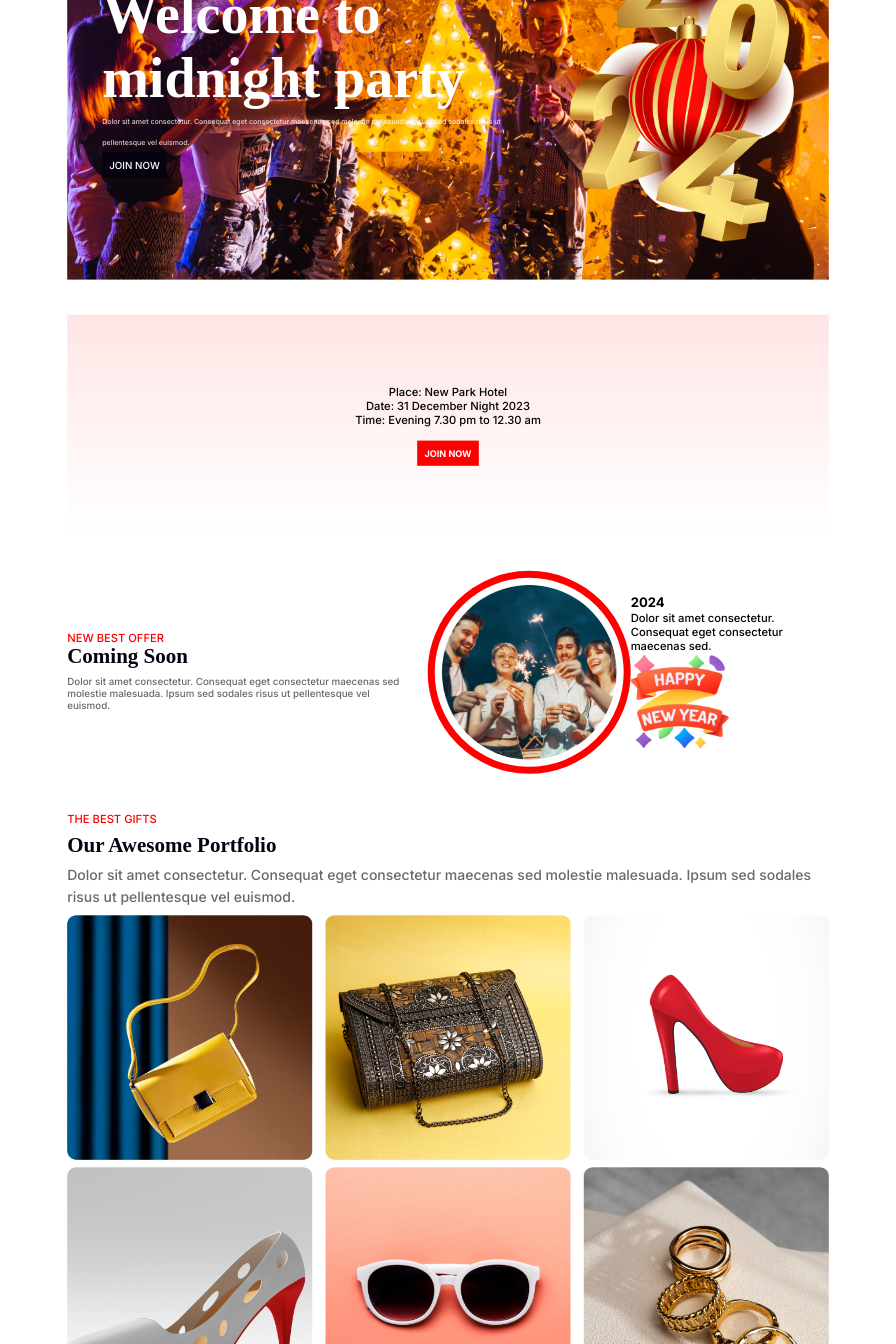
Repository: sumonkumarsarkar/new-year-2024
Page: index.html
The author's editor kept a copy of each file at every save. The page is drawn from the files as they stood at one save, then again after the next save.
The browser window is 1280 px wide. The pictures show the part of the page from y = 1619 to 3539 px (the page is 4804 px tall), at 70% of full size.

Above is the page before, as saved 2024-01-08 16:22:52.

### index.html
<!DOCTYPE html>
<html lang="en">
  <head>
    <meta charset="UTF-8" />
    <meta name="viewport" content="width=device-width, initial-scale=1.0" />
    <title>Happy Nwe Year-2024</title>
    <link rel="preconnect" href="https://fonts.googleapis.com" />
    <link rel="preconnect" href="https://fonts.gstatic.com" crossorigin />
    <link
      href="https://fonts.googleapis.com/css2?family=Inter:wght@100;200;300;500;600;700&display=swap"
      rel="stylesheet"
    />

    <link rel="stylesheet" href="https://cdnjs.cloudflare.com/ajax/libs/font-awesome/6.5.1/css/all.min.css" integrity="sha512-DTOQO9RWCH3ppGqcWaEA1BIZOC6xxalwEsw9c2QQeAIftl+Vegovlnee1c9QX4TctnWMn13TZye+giMm8e2LwA==" crossorigin="anonymous" referrerpolicy="no-referrer" />
    <link rel="stylesheet" href="/style.css" />
  </head>
  <body>
    <!-- banner-section start  -->
    <header>
      <div class="container banner">
        <div class="heading-text">
          <h4>Happy New Year</h4>
          <h3>New Year Party Celebration</h3>
        </div>
      </div>
    </header>
    <!-- banner-section end  -->

    <!-- holiday deal start  -->
    <section id="holiday-deal">
      <div class="container-holiday">
        <div class="holiday-text">
          <h2>65% OFF</h2>
          <p>OUR HOLIDAY DEALS ARE BETTER</p>
          <h4>ALL CATEGORIES</h4>
        </div>
        <div class="holiday-img">
          <img src="./image/New Year Photo.png" alt="" />
        </div>
      </div>
    </section>
    <!-- holiday deal end  -->

    <section id="midnight-section">
      <div class="container midnight-banner">
        <div class="midnight-content">
          <div class="midnight-text">
            <h3>Welcome to midnight party</h3>
            <p>
              Dolor sit amet consectetur. Consequat eget consectetur maecenas
              sed molestie malesuada. Ipsum sed sodales risus ut pellentesque
              vel euismod.
            </p>
            <button type="button">JOIN NOW</button>
          </div>
          <div class="midmight-img">
            <img src="./image/Group 70.png" alt="" />
          </div>
        </div>
      </div>
    </section>

     <!-- park hotel start  -->
<section id="park-hotel">
    <div class="container park-hotel-text">
     <p>Place: New Park Hotel</p>
     <p>Date: 31 December Night 2023</p>
     <p>Time: Evening 7.30 pm to 12.30 am</p>
     <button class="park-hotel-button" type="button">JOIN NOW</button>
    </div>
</section>
 <!-- park hotel end  -->


 <!-- best offer start  -->
 <section id="best-offer">
    <div class="container best-banner">
        <div class="best-offer-text">
            <div class="offer-text">
                <h5>NEW BEST OFFER</h5>
                <h4>Coming Soon</h4>
                <p>Dolor sit amet consectetur. Consequat eget consectetur maecenas sed molestie malesuada. Ipsum sed sodales risus ut pellentesque vel euismod. </p>
            </div>
            <div class="offer-img">
                <img src="./image/Ellipse 1.png" alt="">
            </div>
            <div class="offer-text-img">
                <h3>2024</h3>
                <p>Dolor sit amet consectetur. Consequat eget consectetur maecenas sed.</p>
                <img src="./image/Group 96.png" alt="">
            </div>

        </div>
    </div>
 </section>

 <!-- best offer end  -->



 <!-- portfolio section start  -->

<section id="fortfolio">
    <div class="container">
        <div class="protfolio-text-image">
            <div class="protfolio-text">
                   <h5>THE BEST GIFTS</h5>
                   <h4>Our Awesome Portfolio</h4>
                   <p>Dolor sit amet consectetur. Consequat eget consectetur maecenas sed molestie malesuada. Ipsum sed sodales risus ut pellentesque vel euismod. </p>
            </div>
            <div class="protfolio-image">
                <div class="image-div">
                    <img src="./image/Rectangle 3.png" alt="">
                    <img src="./image/Rectangle 4.png" alt="">
                    <img src="./image/Rectangle 5.png" alt="">
                </div>
                <div class="image-div">
                    <img src="./image/Rectangle 6.png" alt="">
                    <img src="./image/Rectangle 7.png" alt="">
                    <img src="./image/Rectangle 8.png" alt="">
                </div>

            </div>
        </div>
    </div>
</section>
 <!-- portfolio section end -->



 <section id="subscribe">
    <div class="container subscribe-banner">
        <div class="subscribe-content">
           <div class="subscribe-image">
            <img src="./image/Group 61.png" alt="">
           </div>
           <div class="subscribe-text">
            <h3>Subscribe Newsletter</h3>
            <p>Dolor sit amet consectetur. Consequat eget consectetur maecenas sed molestie malesuada. Ipsum sed sodales risus ut pellentesque vel euismod.</p>
           </div>

           <div class="subscribe-input">
            <input  type="email" placeholder="user@gmail.com">
            <button class="subscribe-button" type="submit">subscribe</button>
           </div>
        </div>
    </div>
 </section>

 <footer>
    <div class="footer-cntainer">
        <div class="footer-text">
            <div class="nornal-text">
                <p>44, Big Building Roosevelt Street</p>
                    <p>Beach Gardens Florida 33410</p>
            </div>
            <div class="icon-text">
                <p><span><i class="fa-solid fa-phone"></i></span> +00 123 584 124</p>
                <p><span><i class="fa-solid fa-globe"></i></span>www.website.com</p>
            </div>
        </div>
        <hr>
        <div class="icon-img">
           <img src="./image/Facebook.png" alt="">
           <img src="./image/Instagram.png" alt="">
           <img src="./image/Twitter.png" alt="">
           <img src="./image/Linkedin.png" alt="">
        </div>
       <div class="footer-last-text">
         <p>017, All Rights Reserved</p>
          <p>unsubscribe</p>
       </div>

    </div>
 </footer>


  </body>
</html>

### style.css
* {
    margin: 0;
    padding: 0;
}

body {
    font-family: "Inter", sans-serif;
    width:100%;
    max-width:1320px;
}

/* banner section end  */
.container {
    max-width: 1140px;
    width: 85%;
    margin: 50px auto;
}

.banner {
    background-image: url(./image/Banner\ Image.png);
    background-position: center;
    background-repeat: no-repeat;
    background-size: cover;
}

.heading-text {
    text-align: center;
    justify-content: center;
    padding: 177px 300px;
}

.heading-text h3 {
    color: #fff;
    text-align: center;
    font-family: Merriweather;
    font-size: 50px;
    font-style: normal;
    font-weight: 900;
}

.heading-text h4 {
    color: #fff;
    text-align: center;
    font-family: Merriweather;
    font-size: 25px;
    font-style: normal;
    font-weight: 400;
    line-height: normal;
}

/* banner section end  */

/* holiday -section start  */
.container-holiday {
    width: 85%;
    max-width: 680px;
    margin: 0 auto;
}

.holiday-text {
    text-align: center;
    justify-content: center;
    padding: 50px 50px;
    margin: 50px;
}

.holiday-text h2 {
    color: #f00;
    text-align: center;
    font-family: Inter;
    font-size: 70px;
    font-style: normal;
    font-weight: 700;
    line-height: normal;
}

.holiday-text p {
    color: #f00;

    text-align: center;
    font-family: Inter;
    font-size: 20px;
    font-style: normal;
    font-weight: 500;
    line-height: normal;
}

.holiday-text h4 {
    color: #070211;

    text-align: center;
    font-family: Inter;
    font-size: 35px;
    font-style: normal;
    font-weight: 700;
    line-height: normal;
}

.holiday-img {
    text-align: center;
    justify-content: center;
    width: 680px;
    height: 500px;
}

/* holiday -section start  */

/* midnight party start  */

.midnight-banner {
    background-image: url("./image/Vectorrr.png");
    background-position: center;
    background-repeat: no-repeat;
    background-size: cover;
}

.midnight-content {
    display: flex;
    justify-content: space-between;
    align-items: center;
}

.midnight-text {
    padding: 50px 0px 50px 50px;
    align-items: center;
}

.midnight-text h3 {
    align-items: center;
    color: #fff;
    font-family: Merriweather;
    font-size: 80px;
    font-style: normal;
    font-weight: 900;


}

.midnight-text p {
color: rgba(255, 255, 255, 0.80);
font-family: Inter;
font-size: 10px;
font-style: normal;
font-weight: 400;
line-height: 30px;
}

button {
    color: #FFF;
    text-align:center;
    font-family: Inter;
    font-size: 14px;
    font-style:normal;
    font-weight: 400;
    line-height: normal;
    text-transform:uppercase;
    background: #070211;
    border:none;
    padding: 10px 10px;
}

.midmight-img{
    padding:50px 50px ;
}

/* midnight party end */




/* park hotel start */

.park-hotel-text{
 background: linear-gradient(180deg, rgba(255, 0, 0, 0.10) 0%, rgba(255, 0, 0, 0.00) 100%);
 text-align: center;
 margin:0 auto;
 padding: 100px 0px;
}

.park-hotel-button{
color: #FFF;
text-align: center;
font-family: Inter;
font-size: 13px;
font-style: normal;
font-weight: 700;
line-height: normal;
text-transform: uppercase;
background: #f00;
margin-top: 20px;


}
/* park hotel end */


/* best offer start  */

.best-offer-text{
    display: flex;
    justify-content: space-between;
    align-items: center;
}
.best-banner{
    background: #FFF;
    margin-top: 50px;
}
.offer-text h5{
color: #F00;
font-family: Inter;
font-size: 16px;
font-style: normal;
font-weight: 500;
line-height: normal;
}
.offer-text h4{
    color: #070211;
    font-family: Merriweather;
    font-size:30px;
    font-style: normal;
    font-weight: 900;
    line-height: normal;
    text-transform: capitalize;
}
.offer-text p{
color: rgba(7, 2, 17, 0.60);
font-family: Inter;
font-size: 14px;
font-style: normal;
font-weight: 400;
padding: 10px 20px 10px 0px;

}
.offer-img img{
border-radius:200px;
border: 10px solid #F00;
padding: 10px;
width: 250px;

}



/* best offer end */



/* portfolio section start  */

.protfolio-text h5{
    color: #F00;
font-family: Inter;
font-size: 16px;
font-style: normal;
font-weight: 500;
line-height: normal;
margin-bottom: 10px;
}
.protfolio-text h4{
    color: #070211;
    font-family: Merriweather;
    font-size: 30px;
    font-style: normal;
    font-weight: 900;
    line-height: normal;
    text-transform: capitalize;
    margin-bottom: 10px;
}
.protfolio-text p{
color: rgba(7, 2, 17, 0.60);
font-family: Inter;
font-size: 20px;
font-style: normal;
font-weight: 400;
line-height: 32px;
margin-bottom: 10px;
}
.image-div{
    display: flex;
    justify-content:space-between;
    margin: 10px 0;

}

.image-div img{
   width:350px;
   height: 350px;

}
/* portfolio section end  */


/* subscribe section start  */

.subscribe-banner{
border-radius:16px;
background: rgba(255, 0, 0, 0.05);

}
.subscribe-content{
padding:100px 0;
text-align: center;
}
.subscribe-text h3{
color: #070211;
text-align: center;
font-family: Merriweather;
font-size:40px;
font-style: normal;
font-weight: 900;
line-height: normal;
text-transform: capitalize;
}
.subscribe-text p{
    color: rgba(7, 2, 17, 0.60);
    text-align: center;
    font-family: Inter;
    font-size: 16px;
    font-style: normal;
    font-weight: 400;
    line-height: 32px;
    padding: 10px 100px;
}

.subscribe-button{
color: #FFF;
text-align: center;
font-family: Inter;
font-size: 18px;
font-style: normal;
font-weight: 600;
line-height: normal;
text-transform: capitalize;
background: #F00;
border-radius:0px 50px 50px 0px;

}

.subscribe-input input{
display:inline-block;
border:none;
padding:15px;
width: 250px;
border-radius:50px 0px 0px 50px;
}
/* subscribe section end  */



/* footer section start  */
.footer-cntainer{
    width:100%;
    max-width:1320px;
    background: #070211;


}
.nornal-text p{
font-size: 16px;
font-style: normal;
font-weight: 500;
line-height: 40px;
color: #FFF;
}
.footer-text{
    display: flex;
    margin: 0 auto;
    justify-content: space-around;
    padding:50px 100px;


}
.icon-img{
    display: flex;
    justify-content: center;
    align-items: center;
    margin-top:50px;
}
.icon-img img{
    margin: 10px;
}
.icon-text{
 font-size: 16px;
font-style: normal;
font-weight: 500;
line-height: 40px;
color: #FFF;
}

.footer-last-text{
    display: flex;
    justify-content: space-between;
}
.footer-last-text p{
padding: 100px;
font-size: 16px;
font-style: normal;
font-weight: 500;
line-height: normal;
color: #FFF;
}
hr{
    width: 50%;
    color: #8f3f3f;
    margin: 0 auto;

}

/* footer section end  */

After the next save:
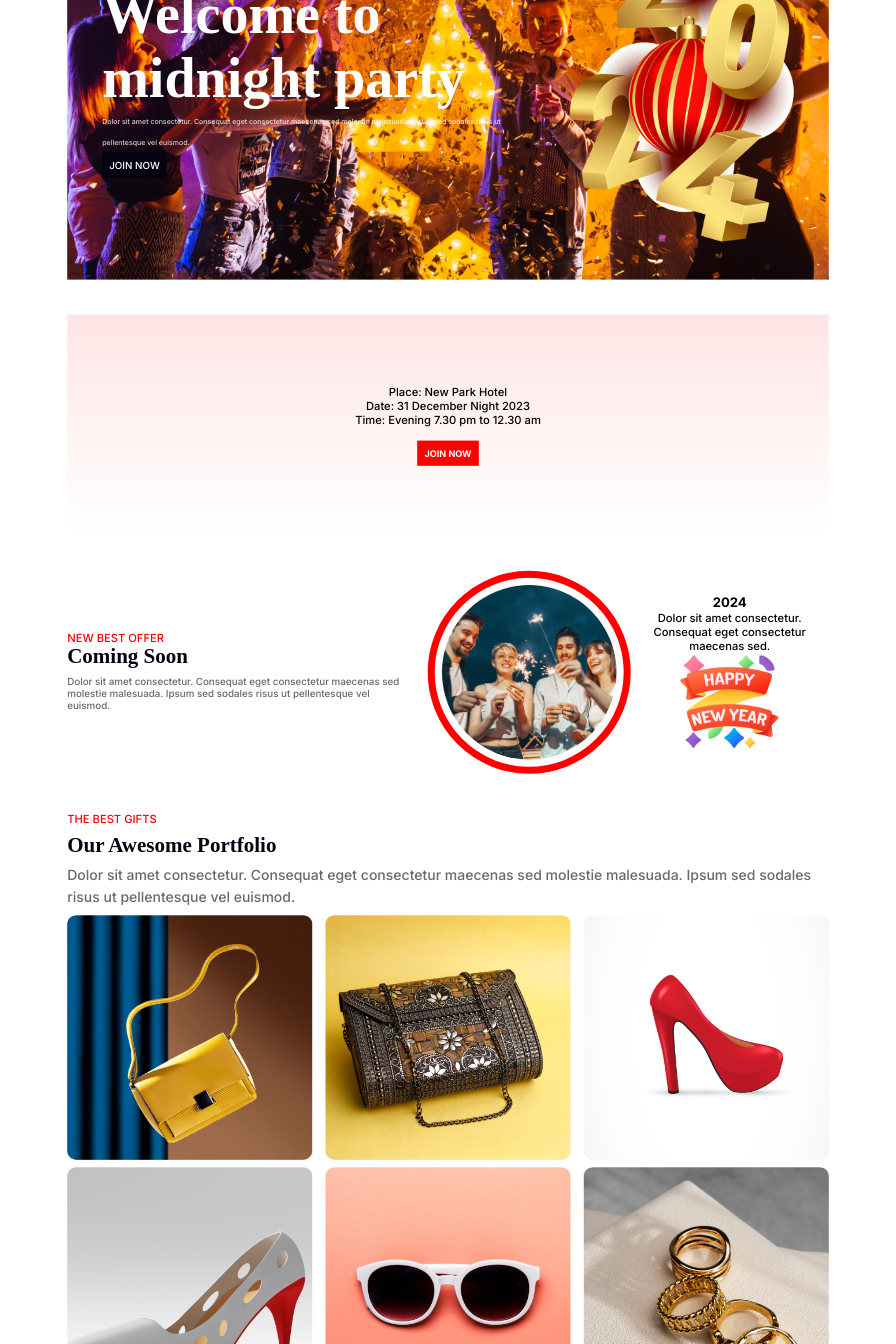
Saved 49 s later.
--- a/style.css
+++ b/style.css
@@ -238,6 +238,9 @@ padding: 10px;
 width: 250px;
 
 }
+.offer-text-img{
+    text-align: center;
+}
 
 
 
